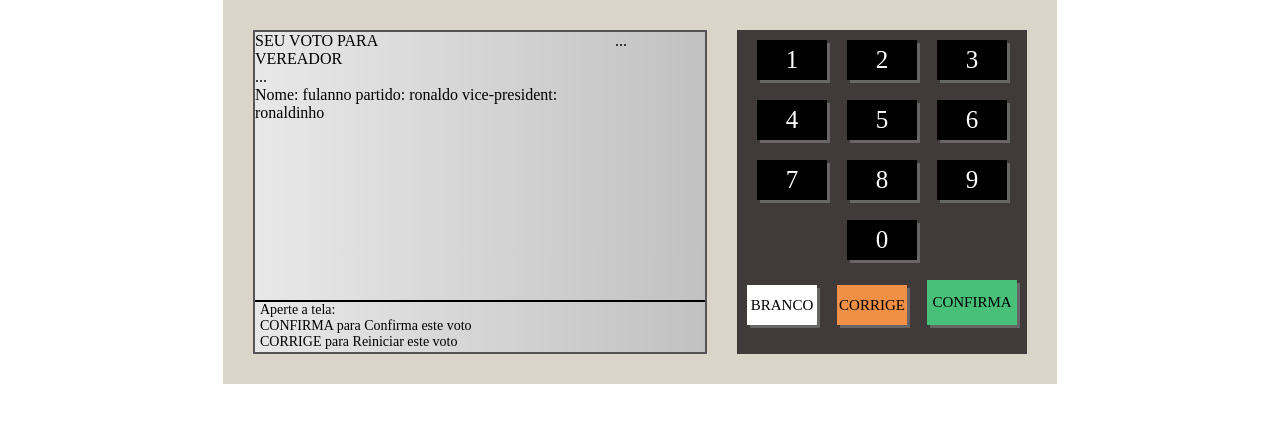
Repository: ThiagoIturra/urnaJs
Page: index.html
These files come from the project's save history. The page is drawn as it stood at one moment and after the next save; the edit follows.
The browser window is 1280 px wide. The pictures show the whole page.

Above is the page before, as saved 2022-01-05 16:39:50.

After the next save:
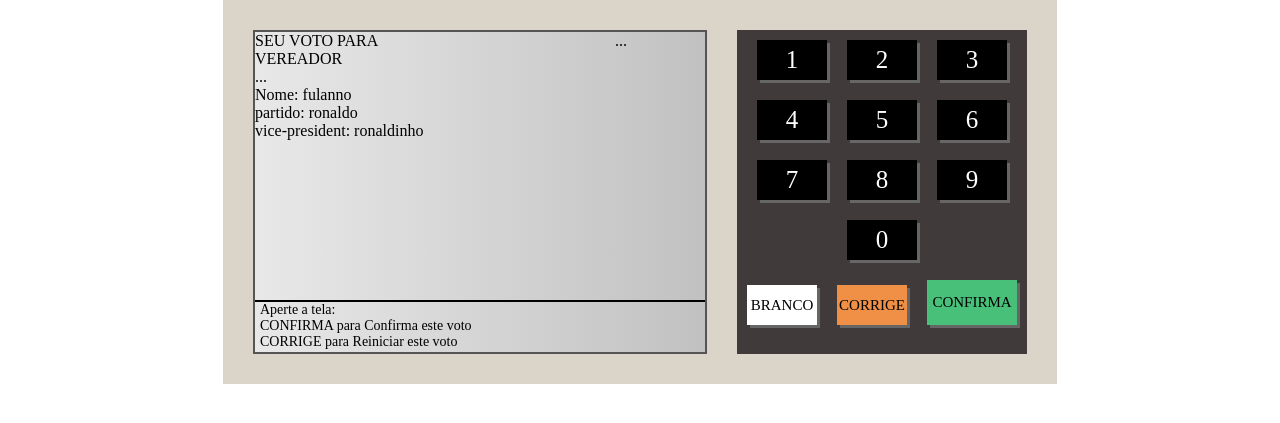
Saved 54 s later.
--- a/index.html
+++ b/index.html
@@ -21,8 +21,8 @@
                         ...
                     </div>
                     <div class="d1-4">
-                        Nome: fulanno
-                        partido: ronaldo
+                        Nome: fulanno<br/>
+                        partido: ronaldo<br/>
                         vice-president: ronaldinho
                     </div>
                 </div>
